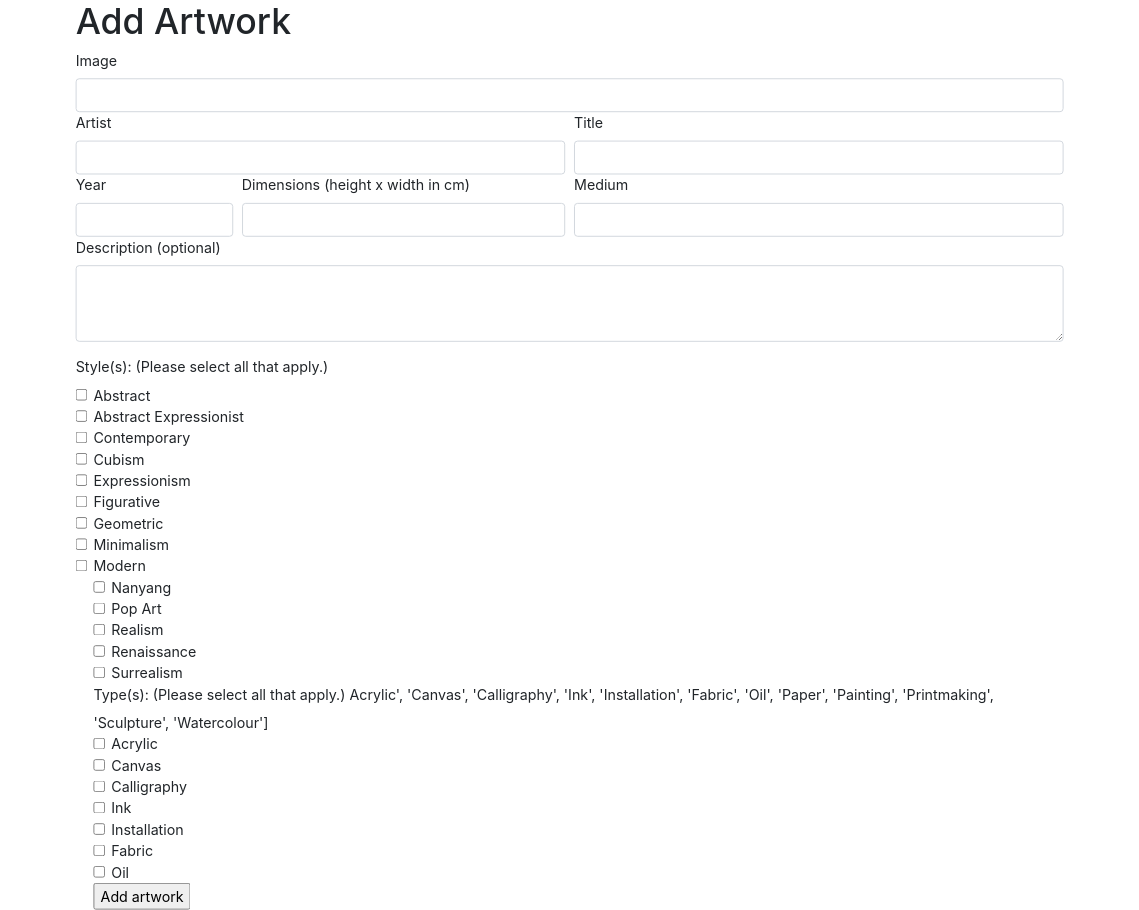
Repository: lynette-lyf/artwork-inventory
Page: http://localhost/add-artwork
The author's editor kept a record of every edit. The page is drawn from the files as they stood at one moment, then again after the next edit.
The browser window is 1280 px wide. The pictures show the whole page, at 89% of full size.
The page is served by the project's application, run on Flask 3 (app.py).

Above is the page before.

### templates/add_artwork.template.html
<!doctype html>
<html lang="en">
  <head>
    <!-- Required meta tags -->
    <meta charset="utf-8">
    <meta name="viewport" content="width=device-width, initial-scale=1, shrink-to-fit=no">

    <!-- Bootstrap CSS -->
    <link rel="stylesheet" href="https://stackpath.bootstrapcdn.com/bootstrap/4.3.1/css/bootstrap.min.css" integrity="sha384-ggOyR0iXCbMQv3Xipma34MD+dH/1fQ784/j6cY/iJTQUOhcWr7x9JvoRxT2MZw1T" crossorigin="anonymous">

    <title>Add Artwork</title>
  </head>
  <body>
    <div class='container'>
        <h1>Add Artwork</h1>
        <form class='form' method="POST">
          <div class='form-row'>
              <div class='col-12'>
                <label>Image</label>
                <input type='text' class='form-control' name='image' required/>
            </div>
            <div class='col-6'>
                <label>Artist</label>
                <input type='text' class='form-control' name='artist' required/>
            </div>
            <div class='col-6'>
                <label>Title</label>
                <input type='text' class='form-control' name='title' required/>
            </div>
          </div>

          <div class='form-row'>
            <div class='col-2'>
                <label>Year</label>
                <input type='number' class='form-control' maxlength='4' min='1000' max='2019' name='year' required/>
            </div>
            <div class='col-4'>
                <label>Dimensions (height x width in cm)</label>
                <input type='text' class='form-control' name='dimensions' required/>
            </div>
            <div class='col-6'>
                <label>Medium</label>
                <input type='text' class='form-control' name='medium' required/>
            </div>
          </div>

            <div class='form-group'>
                <label>Description (optional)</label>
                <textarea class="form-control" rows="3" name='description'></textarea>
            </div>

           <label>Style(s): (Please select all that apply.)</label>

            <div class="form-check">
            <input class="form-check-input" type='checkbox' value='Abstract' id="type" name="type">
            <label class="form-check-label" for="Abstract">Abstract</label>
            </div>

            <div class="form-check">
            <input class="form-check-input" type='checkbox' value='Abstract Expressionist' id="type" name="type">
            <label class="form-check-label" for="Abstract Expressionist">Abstract Expressionist</label>
            </div>

            <div class="form-check">
            <input class="form-check-input" type='checkbox' value='Contemporary' id="type" name="type">
            <label class="form-check-label" for="Contemporary">Contemporary</label>
            </div>

            <div class="form-check">
            <input class="form-check-input" type='checkbox' value='Cubism' id="type" name="type">
            <label class="form-check-label" for="Cubism">Cubism</label>
            </div>

            <div class="form-check">
            <input class="form-check-input" type='checkbox' value='Expressionism' id="type" name="type">
            <label class="form-check-label" for="Expressionism">Expressionism</label>
            </div>

            <div class="form-check">
            <input class="form-check-input" type='checkbox' value='Figurative' id="type" name="type">
            <label class="form-check-label" for="Figurative">Figurative</label>
            </div>

            <div class="form-check">
            <input class="form-check-input" type='checkbox' value='Geometric' id="type" name="type">
            <label class="form-check-label" for="Geometric">Geometric</label>
            </div>

            <div class="form-check">
            <input class="form-check-input" type='checkbox' value='Minimalism' id="type" name="type">
            <label class="form-check-label" for="Minimalism">Minimalism</label>
            </div>

            <div class="form-check">
            <input class="form-check-input" type='checkbox' value='Modern' id="type" name="type">
            <label class="form-check-label" for="Modern">Modern</label>

            <div class="form-check">
            <input class="form-check-input" type='checkbox' value='Nanyang' id="type" name="type">
            <label class="form-check-label" for="Nanyang">Nanyang</label>
            </div>

            <div class="form-check">
            <input class="form-check-input" type='checkbox' value='Pop Art' id="type" name="type">
            <label class="form-check-label" for="Pop Art">Pop Art</label>
            </div>

            <div class="form-check">
            <input class="form-check-input" type='checkbox' value='Realism' id="type" name="type">
            <label class="form-check-label" for="Realism">Realism</label>
            </div>

            <div class="form-check">
            <input class="form-check-input" type='checkbox' value='Renaissance' id="type" name="type">
            <label class="form-check-label" for="Renaissance">Renaissance</label>
            </div>

            <div class="form-check">
            <input class="form-check-input" type='checkbox' value='Surrealism' id="type" name="type">
            <label class="form-check-label" for="Surrealism">Surrealism</label>
            </div>


            <label>Type(s): (Please select all that apply.)</label>

            Acrylic', 'Canvas', 'Calligraphy', 'Ink', 'Installation',
'Fabric', 'Oil', 'Paper', 'Painting', 'Printmaking', 'Sculpture', 'Watercolour']

            <div class="form-check">
            <input class="form-check-input" type='checkbox' value='Acrylic' id="type" name="type">
            <label class="form-check-label" for="Acrylic">Acrylic</label>
            </div>

            <div class="form-check">
            <input class="form-check-input" type='checkbox' value='Canvas' id="type" name="type">
            <label class="form-check-label" for="Canvas">Canvas</label>
            </div>

            <div class="form-check">
            <input class="form-check-input" type='checkbox' value='Calligraphy' id="type" name="type">
            <label class="form-check-label" for="Calligraphy">Calligraphy</label>
            </div>

            <div class="form-check">
            <input class="form-check-input" type='checkbox' value='Ink' id="type" name="type">
            <label class="form-check-label" for="Ink">Ink</label>
            </div>

            <div class="form-check">
            <input class="form-check-input" type='checkbox' value='Installation' id="type" name="type">
            <label class="form-check-label" for="Installation">Installation</label>
            </div>

            <div class="form-check">
            <input class="form-check-input" type='checkbox' value='Fabric' id="type" name="type">
            <label class="form-check-label" for="Fabric">Fabric</label>
            </div>

            <div class="form-check">
            <input class="form-check-input" type='checkbox' value='Oil' id="type" name="type">
            <label class="form-check-label" for="Oil">Oil</label>
            </div>


           <input type="submit" value="Add artwork"/>
        </form>
    </div>

    <!-- Optional JavaScript -->
    <!-- jQuery first, then Popper.js, then Bootstrap JS -->
    <script src="https://code.jquery.com/jquery-3.3.1.slim.min.js" integrity="sha384-q8i/X+965DzO0rT7abK41JStQIAqVgRVzpbzo5smXKp4YfRvH+8abtTE1Pi6jizo" crossorigin="anonymous"></script>
    <script src="https://cdnjs.cloudflare.com/ajax/libs/popper.js/1.14.7/umd/popper.min.js" integrity="sha384-UO2eT0CpHqdSJQ6hJty5KVphtPhzWj9WO1clHTMGa3JDZwrnQq4sF86dIHNDz0W1" crossorigin="anonymous"></script>
    <script src="https://stackpath.bootstrapcdn.com/bootstrap/4.3.1/js/bootstrap.min.js" integrity="sha384-JjSmVgyd0p3pXB1rRibZUAYoIIy6OrQ6VrjIEaFf/nJGzIxFDsf4x0xIM+B07jRM" crossorigin="anonymous"></script>
  </body>
</html>

### app.py
from flask import Flask, render_template, request, redirect, url_for
import os
from bson import ObjectId
import re

import pymongo

MONGO_URI = os.getenv('MONGO_URI')
DATABASE_NAME = 'artworksAndConsigners'

conn = pymongo.MongoClient(MONGO_URI)

def get_connection():
    conn = pymongo.MongoClient(MONGO_URI)
    return conn

app = Flask(__name__)

@app.route('/')
def index():
    artworksAndConsigners = conn[DATABASE_NAME]['artworksAndConsigners'].find()
    return render_template('index.template.html', results=artworksAndConsigners)


# CREATE************************************************************************

@app.route('/add-artwork')
def show_add_artwork_form():
    return render_template('add_artwork.template.html')

@app.route('/add-artwork', methods=['POST'])
def process_add_artwork_form():
    image = request.form.get('image')
    artist = request.form['artist']
    title = request.form['title']
    year = request.form['year']
    dimensions = request.form['dimensions']
    medium = request.form['medium']
    description = request.form['description']
    type = request.form.getlist('type')

    conn = get_connection()
    conn[DATABASE_NAME]['artworksAndConsigners'].insert({
        "image" : image,
        "artist" : artist,
        "title" : title,
        "year" : year,
        "dimensions" : dimensions,
        "medium" : medium,
        "description" : description,
        "type" : type
    })

    # redirect back to root url
    return redirect("/")

# READ**************************************************************************

@app.route('/')
def search_index():
    search_terms = request.args.get('search-by')
    title = request.args.get('title')
    must_have = request.args.getlist('must-have')

    all_types = ['Abstract', 'Abstract Expressionist', 'Contemporary', 'Cubism', 'Expressionism', 'Figurative', 'Geometric', 'Minimalism', 'Modern', 'Nanyang', 'Pop Art', 'Realism', 'Renaissance', 'Surrealism']

    search_criteria = {}
    print (search_criteria)
    if search_terms is not None and search_terms is not "":
        search_criteria["title"] = re.compile(r'{}'.format(search_terms), re.I)

    if len(must_have) > 0:
        search_criteria['all_types'] = {
            '$all' : must_have
        }



    print (search_criteria)
    # # for display
    # if search_terms is None:
    #     search_terms =""

    if search_terms is None:
        search_terms = ""

    conn = get_connection()
    cursor = conn[DATABASE_NAME]["artworksAndConsigners"].find(search_criteria).limit(10)
    return render_template("index.template.html", results=cursor,
        search_terms=search_terms, title=title, all_types=all_types, must_have=must_have)

# UPDATE************************************************************************

@app.route('/edit-artwork/<artwork_id>')
def show_edit_artwork_form(artwork_id):
    conn = get_connection()
    artwork = conn[DATABASE_NAME]['artworksAndConsigners'].find_one({
        '_id': ObjectId(artwork_id)
    })

    results = artwork['type']
    all_styles = ['Abstract', 'Abstract Expressionist', 'Contemporary', 'Cubism', 'Expressionism', 'Figurative', 'Geometric', 'Minimalism', 'Modern', 'Nanyang', 'Pop Art', 'Realism', 'Renaissance', 'Surrealism']
    all_types = ['Acrylic', 'Canvas', 'Calligraphy', 'Ink', 'Installation', 'Fabric', 'Oil', 'Paper', 'Painting', 'Portrait', 'Printmaking', 'Sculpture', 'Watercolour']

    return render_template('edit_artwork.template.html', artworksAndConsigners=artwork,
    selected_type = results, all_styles=all_styles, all_types=all_types)

@app.route("/edit-artwork/<artwork_id>", methods=['POST'])
def process_edit_artwork_form(artwork_id):
    image = request.form.get('image')
    artist = request.form['artist']
    title = request.form['title']
    year = request.form['year']
    dimensions = request.form['dimensions']
    medium = request.form['medium']
    description = request.form['description']
    type = request.form.getlist('type')

    conn = get_connection()
    conn[DATABASE_NAME]["artworksAndConsigners"].update({
        '_id': ObjectId(artwork_id)
    }, {
       "image" : image,
        "artist" : artist,
        "title" : title,
        "year" : year,
        "dimensions" : dimensions,
        "medium" : medium,
        "description" : description,
        "type": type
    })

    return redirect("/")


# DELETE************************************************************************

@app.route('/confirm-delete-artwork/<artwork_id>')
def confirm_delete_artwork(artwork_id):

    artwork = conn[DATABASE_NAME]["artworksAndConsigners"].find_one({
        '_id': ObjectId(artwork_id)
    }, {
        "title": 1,
        "artist": 1
    })

    return render_template('confirm_delete_artwork.template.html', artworksAndConsigners=artwork)

@app.route('/delete-artwork/<artwork_id>')
def delete_artwork(artwork_id):
    conn[DATABASE_NAME]["artworksAndConsigners"].delete_one({
        '_id': ObjectId(artwork_id)
    })

    return redirect('/')

# "magic code" -- boilerplate
if __name__ == '__main__':
    app.run(host=os.environ.get('IP'),
    port=int(os.environ.get('PORT')),
    debug=True)

After the next edit:
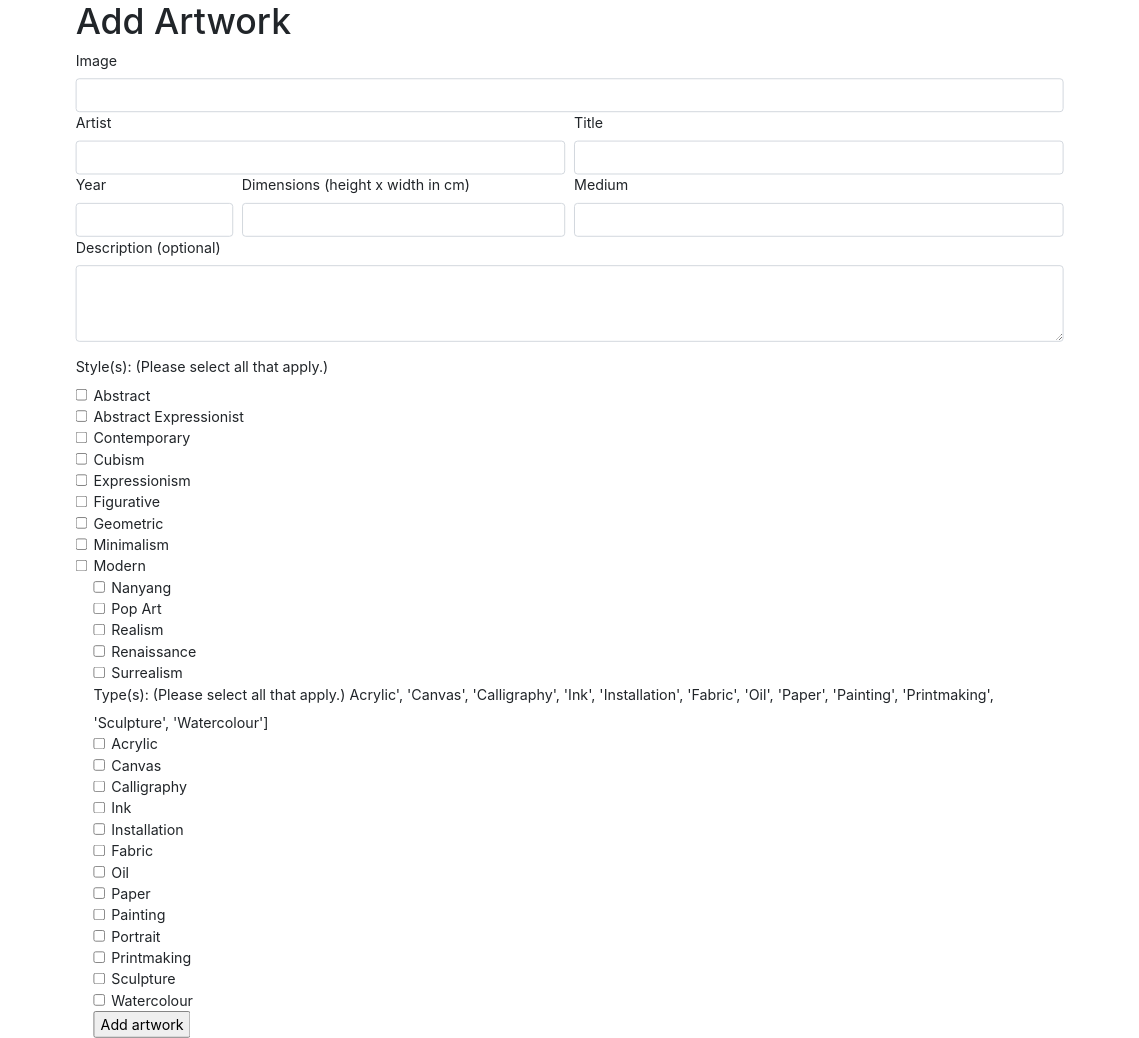
The edit:
--- a/templates/add_artwork.template.html
+++ b/templates/add_artwork.template.html
@@ -161,6 +161,35 @@
             <label class="form-check-label" for="Oil">Oil</label>
             </div>
 
+            <div class="form-check">
+            <input class="form-check-input" type='checkbox' value='Paper' id="type" name="type">
+            <label class="form-check-label" for="Paper">Paper</label>
+            </div>
+
+            <div class="form-check">
+            <input class="form-check-input" type='checkbox' value='Painting' id="type" name="type">
+            <label class="form-check-label" for="Painting">Painting</label>
+            </div>
+
+            <div class="form-check">
+            <input class="form-check-input" type='checkbox' value='Portrait' id="type" name="type">
+            <label class="form-check-label" for="Portrait">Portrait</label>
+            </div>
+
+            <div class="form-check">
+            <input class="form-check-input" type='checkbox' value='Printmaking' id="type" name="type">
+            <label class="form-check-label" for="Printmaking">Printmaking</label>
+            </div>
+
+            <div class="form-check">
+            <input class="form-check-input" type='checkbox' value='Sculpture' id="type" name="type">
+            <label class="form-check-label" for="Sculpture">Sculpture</label>
+            </div>
+
+            <div class="form-check">
+            <input class="form-check-input" type='checkbox' value='Watercolour' id="type" name="type">
+            <label class="form-check-label" for="Watercolour">Watercolour</label>
+            </div>
 
            <input type="submit" value="Add artwork"/>
         </form>
